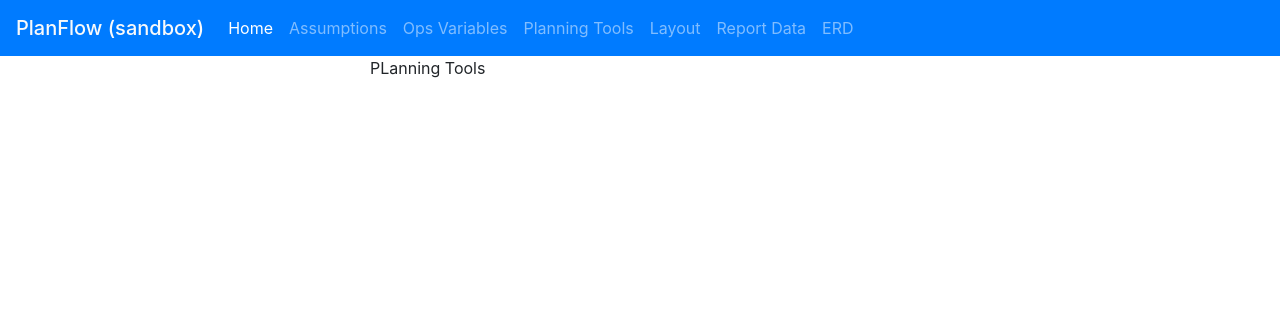
Repository: gholler76/planflow
Page: http://localhost/planflow/WEB-INF/planningtools.jsp
The author's editor kept a copy of each file at every save. The page is drawn from the files as they stood at one save, then again after the next save.
The browser window is 1280 px wide. The pictures show the whole page.
The page is served by Tomcat 9. Nobody is signed in. The template is opened directly, without the code that normally fills it, so the values that code supplies are empty.

Above is the page before, as saved 2021-05-28 19:45:41.

After the next save:
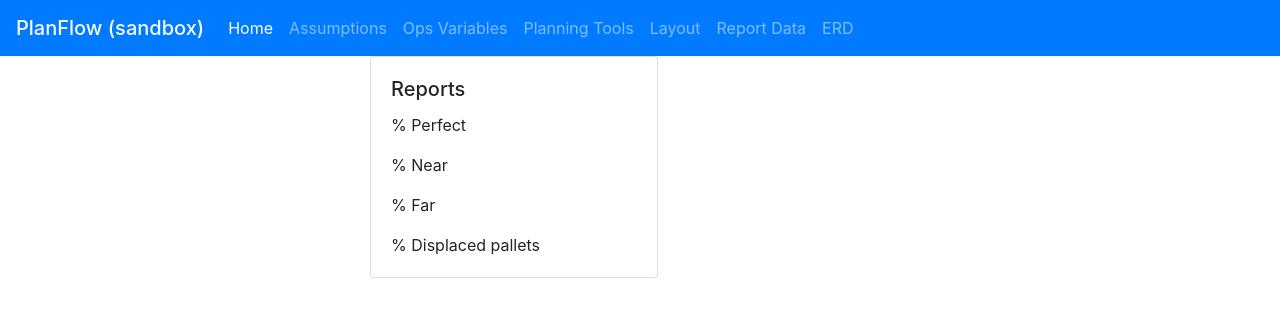
Saved 23 s later.
--- a/planflow/src/main/webapp/WEB-INF/planningtools.jsp
+++ b/planflow/src/main/webapp/WEB-INF/planningtools.jsp
@@ -35,7 +35,15 @@
 	<div class="container">
 		<div class="row justify-content-center">
     		<div class="col-6">
-    			PLanning Tools
+    			<div class="card" style="width: 18rem;">
+  					<div class="card-body">
+					    <h5 class="card-title">Reports</h5>
+					    <p class="card-text">% Perfect</p>
+					    <p class="card-text">% Near</p>
+					    <p class="card-text">% Far</p>
+					    <p class="card-text">% Displaced pallets</p>
+				  	</div>
+				</div>
    	 		</div>
     	</div>
 	</div>
